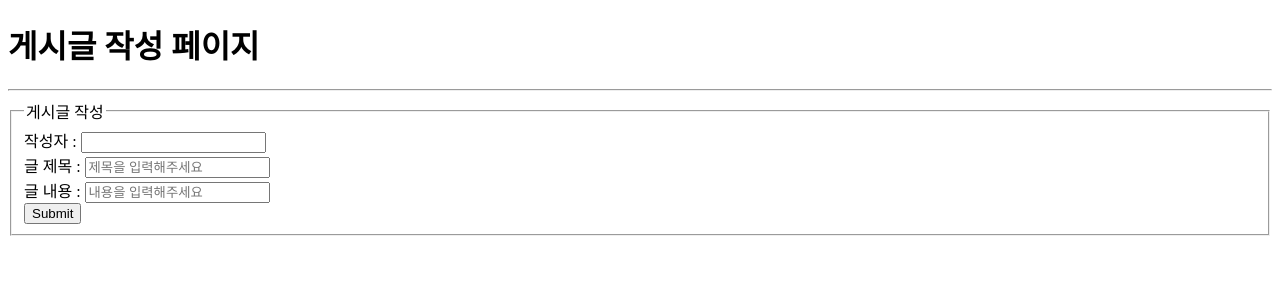
Repository: loseminho/khAcademy-Study
Page: http://localhost/02_SpringMVC_CRUD/boardWriteFrm.do
An editor plug-in stored every save of this project. The page is shown before and after the next save, followed by the edit.
The browser window is 1280 px wide. The pictures show the whole page.
The page is served by Tomcat 9.

Above is the page before, as saved 2022-10-04 02:43:55.

After the next save:
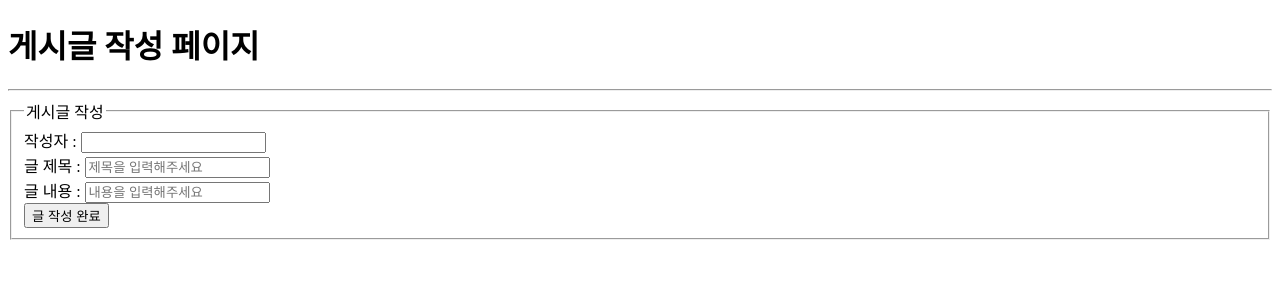
Saved 26 s later.
--- a/spring/workspace-sts-3.9.13.RELEASE/02_SpringMVC_CRUD/src/main/webapp/WEB-INF/views/board/boardWriteFrm.jsp
+++ b/spring/workspace-sts-3.9.13.RELEASE/02_SpringMVC_CRUD/src/main/webapp/WEB-INF/views/board/boardWriteFrm.jsp
@@ -19,7 +19,7 @@
 			<br>
 			글 내용 : <input type="text" name="boardContent" placeholder = "내용을 입력해주세요">
 			<br>
-			<input type="submit">
+			<input type="submit" value="글 작성 완료">
 		</fieldset>
 	</form>
 </body>
